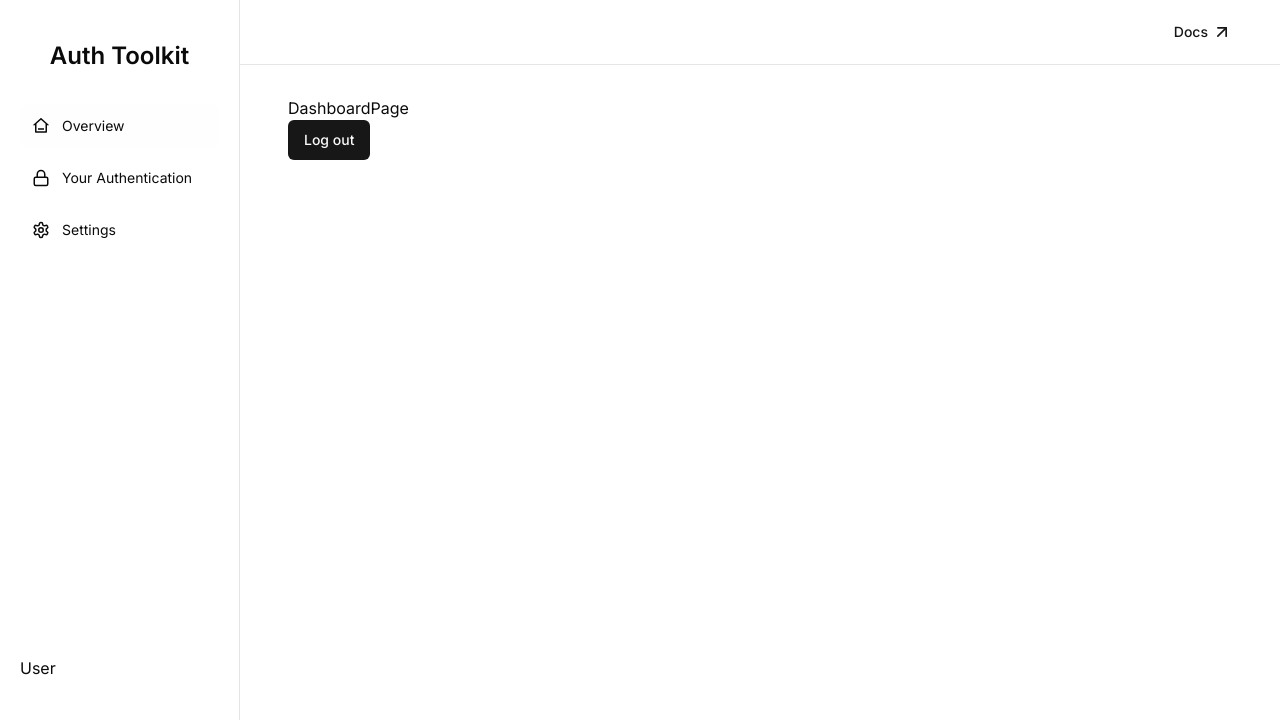
Repository: nickgoel31/authentication-toolkit
Page: /dashboard
These files come from the project's save history. The page is drawn as it stood at one moment and after the next save; the edit follows.
The browser window is 1280 px wide. The pictures show the whole page.
The page's requests for data from a server got no answer. The project was rebuilt for these pictures with package versions that can differ from the ones it lists, and the page was loaded fresh each time. The framework's server and built-in components were replaced by stand-ins that run in the browser. No one was signed in, and anything a server would have sent is missing. Also part of the build but not shown: next.config.mjs.

Above is the page before, as saved 2024-02-05 20:05:29.

After the next save:
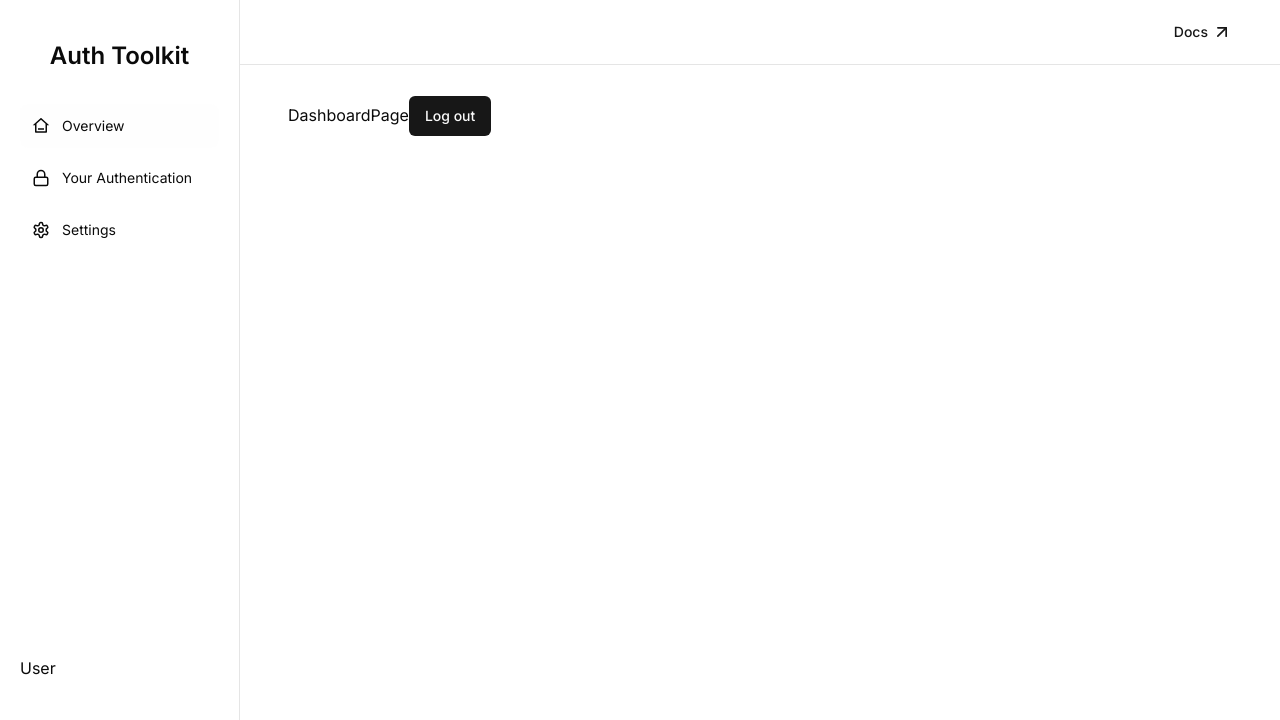
Saved 2 min 46 s later.
--- a/app/(protected)/dashboard/page.tsx
+++ b/app/(protected)/dashboard/page.tsx
@@ -9,13 +9,7 @@ const DashboardPage = async () => {
   return (
     <div className='h-full'>
       DashboardPage
-      <form action={async () => {
-        "use server"
-
-        await signOut()
-      }}>
         <Button type='submit'>Log out</Button>
-      </form>
     </div>
   )
 }
